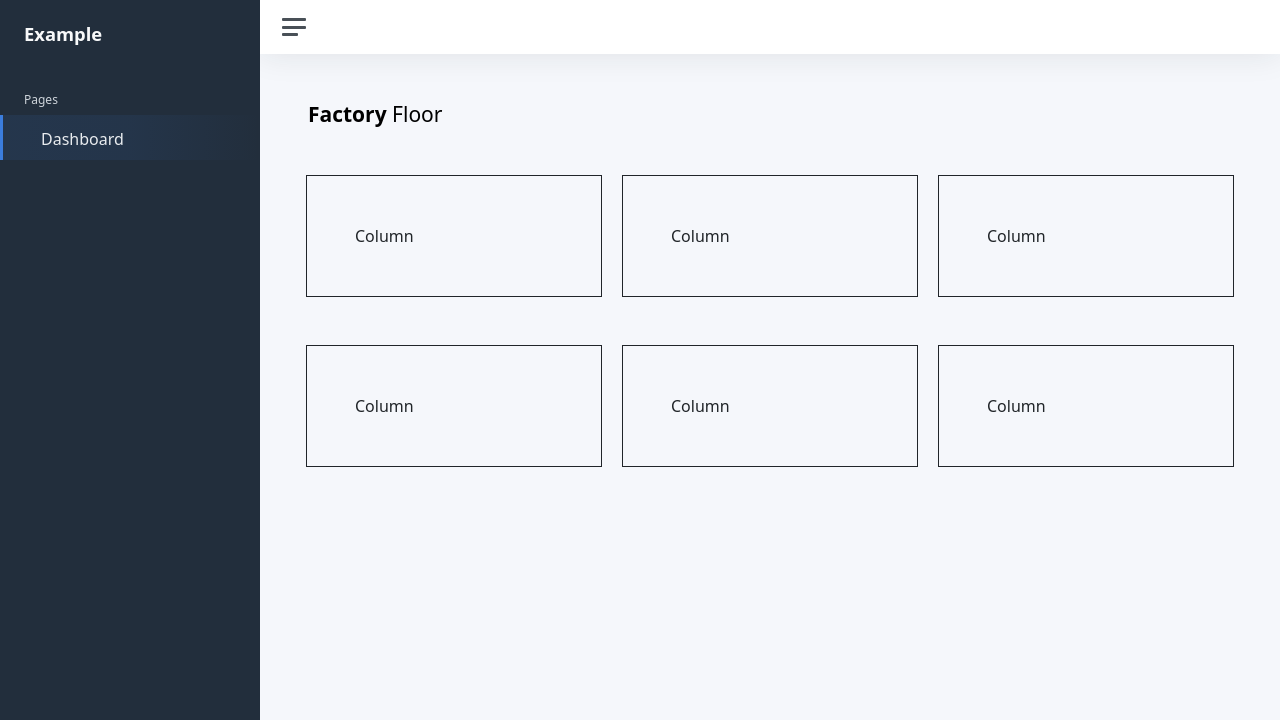
Repository: nick2price2003/rr-app
Page: /
An editor plug-in stored every save of this project. The page is shown before and after a run of saves, followed by the edit.
The browser window is 1280 px wide. The pictures show the whole page.
The project was rebuilt for these pictures with package versions that can differ from the ones it lists, and the page was loaded fresh each time. The framework's server and built-in components were replaced by stand-ins that run in the browser. Also part of the build but not shown: next.config.js.

Above is the page before, as saved 2022-10-11 14:07:05.

After the next 2 saves:
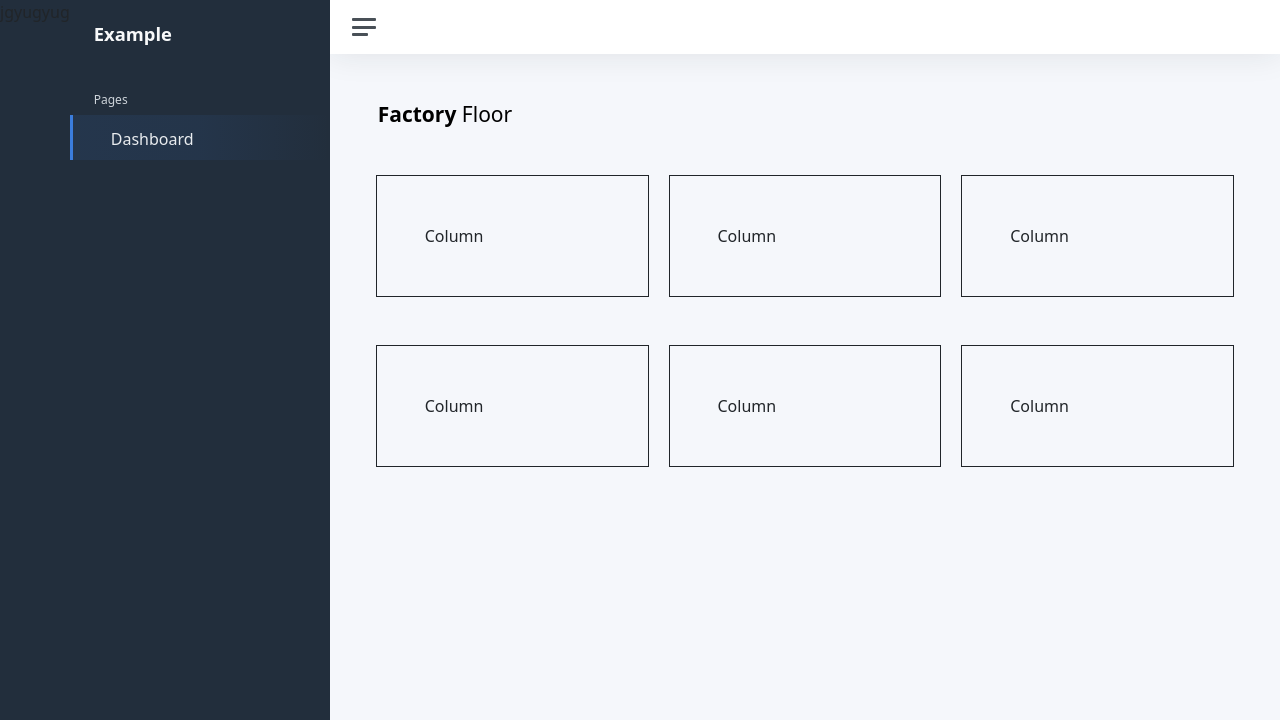
The 2 saves are shown as one change because they came seconds apart.
The last was saved 8 s later.
--- a/components/ContextMenu.js
+++ b/components/ContextMenu.js
@@ -21,7 +21,9 @@ function ContextMenu() {
     console.log(e);
   };
 
-  return <></>;
+  return <>
+  jgyugyug
+  </>;
 }
 
 export default ContextMenu;
